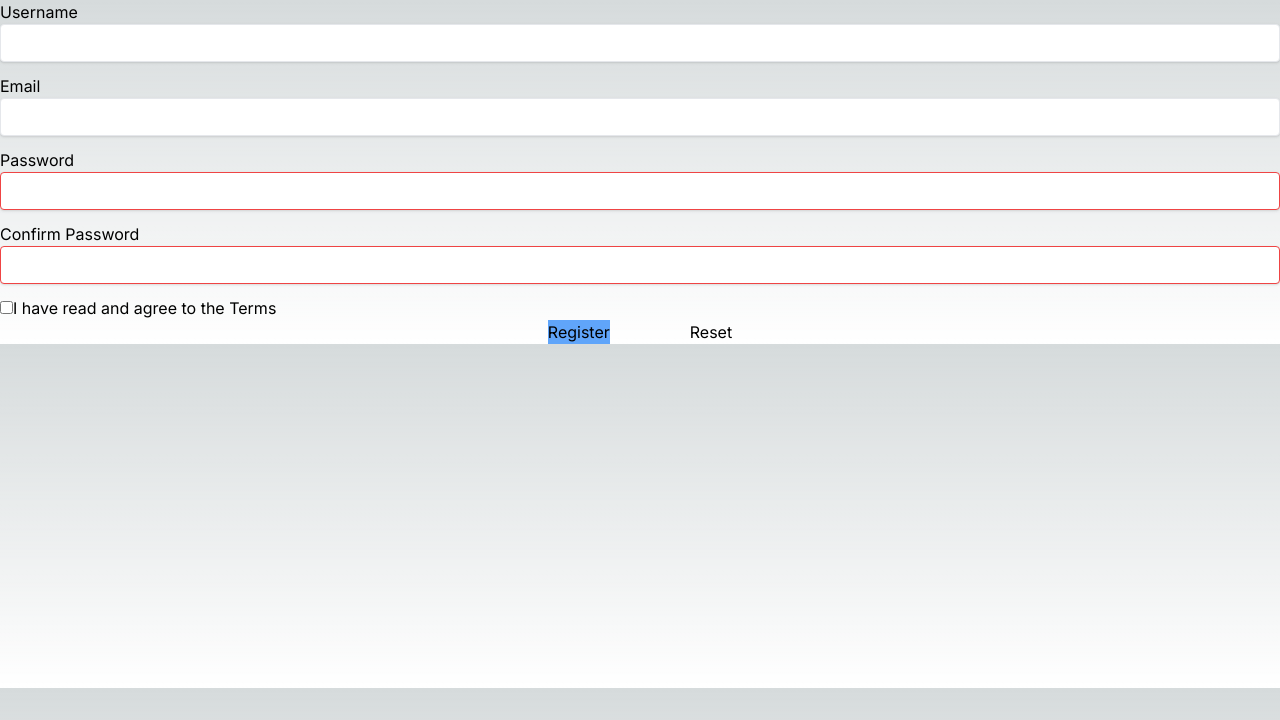
Repository: uh-sman/tiktok-card
Page: /
The author's editor kept a copy of each file at every save. The page is drawn from the files as they stood at one save, then again after the next save.
The browser window is 1280 px wide. The pictures show the whole page.
The project was rebuilt for these pictures with package versions that can differ from the ones it lists, and the page was loaded fresh each time. The framework's server and built-in components were replaced by stand-ins that run in the browser. Also part of the build but not shown: next.config.js.

Above is the page before, as saved 2023-12-19 13:52:50.

### app/page.tsx
'use client'
// import Input from "./components/Input";
import { FieldValues, SubmitHandler, useForm } from "react-hook-form";
import AuthForm from "./components/AuthForm";
type FormValues = {
  name: string,
      email: string,
      password: string,
      confirmPassword: string,
      DateOfBirth: string,
      Bio: string,
      gender: string,
      termsAndConditions: string
}

export default function Home() {
  return (
    <div>
      <AuthForm />
    </div>
  )
}



{/* <form class="max-w-sm mx-auto">
  <div class="mb-5">
    <label for="email" class="block mb-2 text-sm font-medium text-gray-900 dark:text-white">Your email</label>
    <input type="email" id="email" class="bg-gray-50 border border-gray-300 text-gray-900 text-sm rounded-lg focus:ring-blue-500 focus:border-blue-500 block w-full p-2.5 dark:bg-gray-700 dark:border-gray-600 dark:placeholder-gray-400 dark:text-white dark:focus:ring-blue-500 dark:focus:border-blue-500" placeholder="name@flowbite.com" required>
  </div>
  <div class="mb-5">
    <label for="password" class="block mb-2 text-sm font-medium text-gray-900 dark:text-white">Your password</label>
    <input type="password" id="password" class="bg-gray-50 border border-gray-300 text-gray-900 text-sm rounded-lg focus:ring-blue-500 focus:border-blue-500 block w-full p-2.5 dark:bg-gray-700 dark:border-gray-600 dark:placeholder-gray-400 dark:text-white dark:focus:ring-blue-500 dark:focus:border-blue-500" required>
  </div>
  <div class="flex items-start mb-5">
    <div class="flex items-center h-5">
      <input id="remember" type="checkbox" value="" class="w-4 h-4 border border-gray-300 rounded bg-gray-50 focus:ring-3 focus:ring-blue-300 dark:bg-gray-700 dark:border-gray-600 dark:focus:ring-blue-600 dark:ring-offset-gray-800 dark:focus:ring-offset-gray-800" required>
    </div>
    <label for="remember" class="ms-2 text-sm font-medium text-gray-900 dark:text-gray-300">Remember me</label>
  </div>
  <button type="submit" class="text-white bg-blue-700 hover:bg-blue-800 focus:ring-4 focus:outline-none focus:ring-blue-300 font-medium rounded-lg text-sm w-full sm:w-auto px-5 py-2.5 text-center dark:bg-blue-600 dark:hover:bg-blue-700 dark:focus:ring-blue-800">Submit</button>
</form> */}

### app/components/AuthForm.tsx
import React from "react";
import { useForm } from "react-hook-form";

type UserSubmitForm = {
    // fullname: string;
    username: string;
    email: string;
    password: string;
    confirmPassword: string;
    acceptTerms: boolean;
  };
const AuthForm: React.FC = () => {
    const {register,handleSubmit} = useForm<UserSubmitForm>()
    const onSubmit = (data: UserSubmitForm) => {
        console.log(data)
    }
    return (
        <div className="flex flex-col">
        <form onSubmit={handleSubmit(onSubmit)}>
          <div className="flex flex-col">
            <label>Username</label>
            <input
            className="shadow appearance-none border rounded w-full py-2 px-3 text-gray-700 mb-3 leading-tight focus:outline-none focus:shadow-outline"
              type="text"
              {...register('username')}
            />
            <div className="invalid-feedback">
                {/* {errors.username?.message} */}
                </div>
          </div>

          <div className="flex flex-col">
            <label>Email</label>
            <input
            className="shadow appearance-none border rounded w-full py-2 px-3 text-gray-700 mb-3 leading-tight focus:outline-none focus:shadow-outline"
              type="text"
              {...register('email')}
            //   className=
            //   {`form-control ${errors.email ? 'is-invalid' : ''}`}
            />
            <div className="invalid-feedback">
                {/* {errors.email?.message} */}
                </div>
          </div>

          <div className="flex flex-col">
            <label>Password</label>
            <input
            className="shadow appearance-none border border-red-500 rounded w-full py-2 px-3 text-gray-700 mb-3 leading-tight focus:outline-none focus:shadow-outline"
              type="password"
              {...register('password')}
            //   className={`form-control ${errors.password ? 'is-invalid' : ''}`}
            />
            <div className="invalid-feedback">
                {/* {errors.password?.message} */}
                </div>
          </div>
          <div className="flex flex-col">
            <label>Confirm Password</label>
            <input
            className="shadow appearance-none border border-red-500 rounded w-full py-2 px-3 text-gray-700 mb-3 leading-tight focus:outline-none focus:shadow-outline"
              type="password"
              {...register('confirmPassword')}
            //   className={`form-control ${
            //     errors.confirmPassword ? 'is-invalid' : ''
            //   }`}
            />
            <div className="invalid-feedback">
              {/* {errors.confirmPassword?.message} */}
            </div>
          </div>

          <div className="form-group form-check">
            <input
              type="checkbox"
              {...register('acceptTerms')}
            //   className={`form-check-input ${
            //     errors.acceptTerms ? 'is-invalid' : ''
            //   }`}
            />
            <label htmlFor="acceptTerms" className="form-check-label">
              I have read and agree to the Terms
            </label>
            <div className="invalid-feedback">
                {/* {errors.acceptTerms?.message} */}
                </div>
          </div>

          <div className="flex justify-center gap-20">
            <button type="submit" className="bg-blue-400">
              Register
            </button>
            <button
              type="button"
            //   onClick={() => reset()}
              className="btn btn-warning float-right"
            >
              Reset
            </button>
          </div>
        </form>
      </div>
    )
}

export default AuthForm;

Loaded but not shown: app/layout.tsx (common file); app/globals.css (common file); tailwind.config.ts (common file)

After the next save:
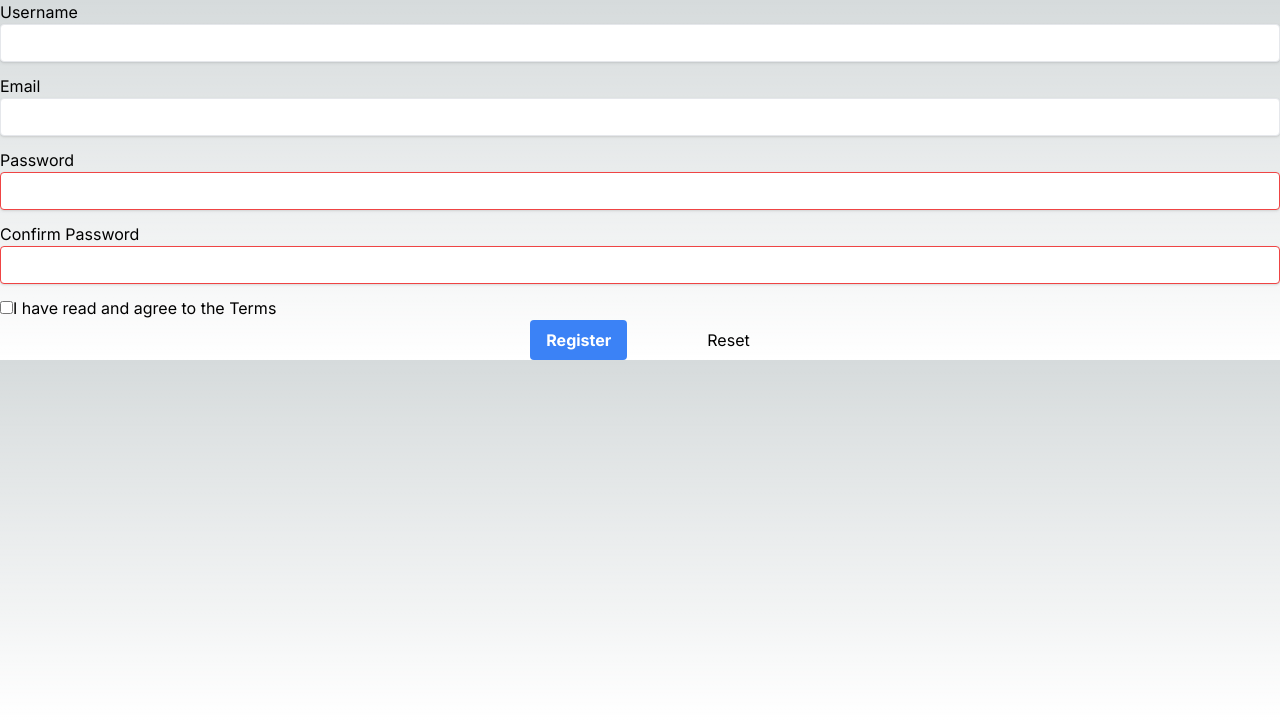
Saved 41 s later.
--- a/app/components/AuthForm.tsx
+++ b/app/components/AuthForm.tsx
@@ -87,7 +87,7 @@ const AuthForm: React.FC = () => {
           </div>
 
           <div className="flex justify-center gap-20">
-            <button type="submit" className="bg-blue-400">
+            <button type="submit" className="bg-blue-500 hover:bg-blue-700 text-white font-bold py-2 px-4 rounded focus:outline-none focus:shadow-outline">
               Register
             </button>
             <button
